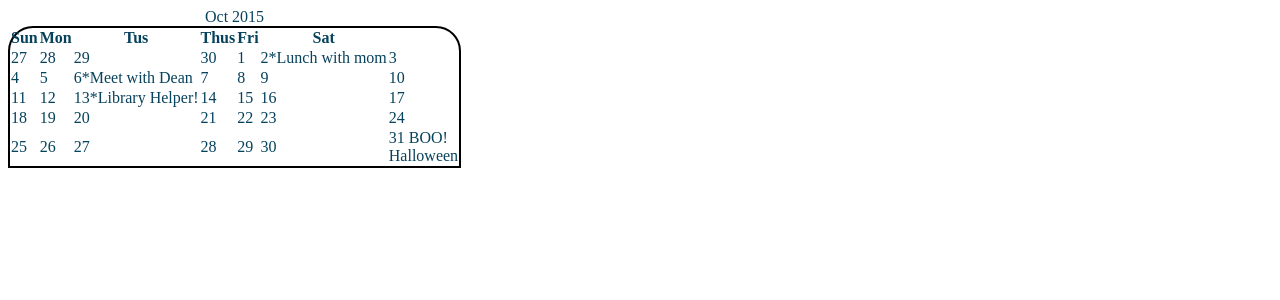
Repository: Tram-anh99/Blockchain_Funix
Page: CSS/lich.html
An editor plug-in stored every save of this project. The page is shown before and after the next save, followed by the edit.
The browser window is 1280 px wide. The pictures show the whole page.

Above is the page before, as saved 2023-02-28 01:31:45.

After the next save:
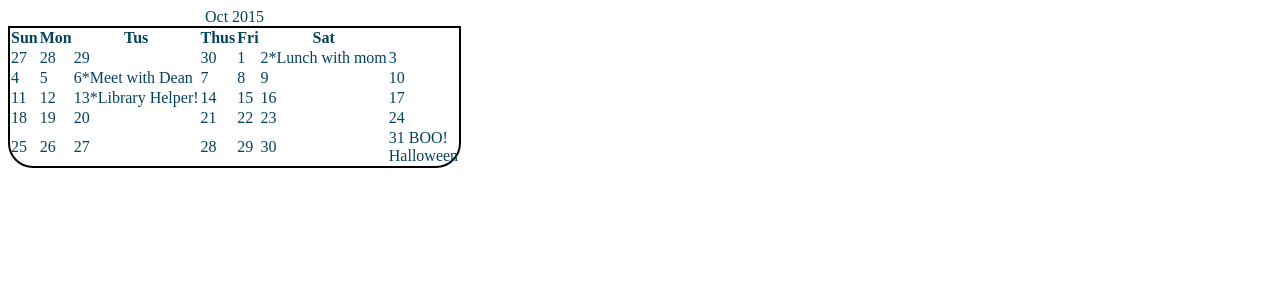
Saved 23 s later.
--- a/CSS/lich.css
+++ b/CSS/lich.css
@@ -3,4 +3,5 @@
       border-spacing: 0;
       border: 2px solid black;
       -webkit-border-radius: 25px 25px 0 0;
+      border-radius: 0 0 25px 25px;
 }

After the save that followed:
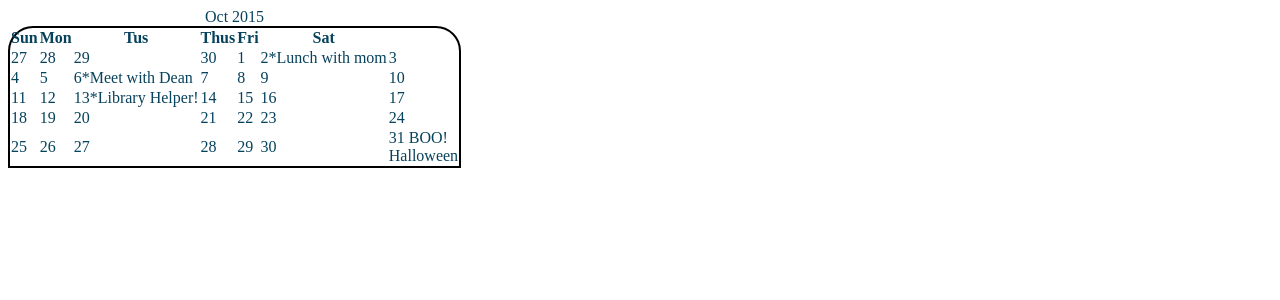
Saved 20 s later.
--- a/CSS/lich.css
+++ b/CSS/lich.css
@@ -3,5 +3,5 @@
       border-spacing: 0;
       border: 2px solid black;
       -webkit-border-radius: 25px 25px 0 0;
-      border-radius: 0 0 25px 25px;
+      /* border-radius: 0 0 25px 25px; */
 }
